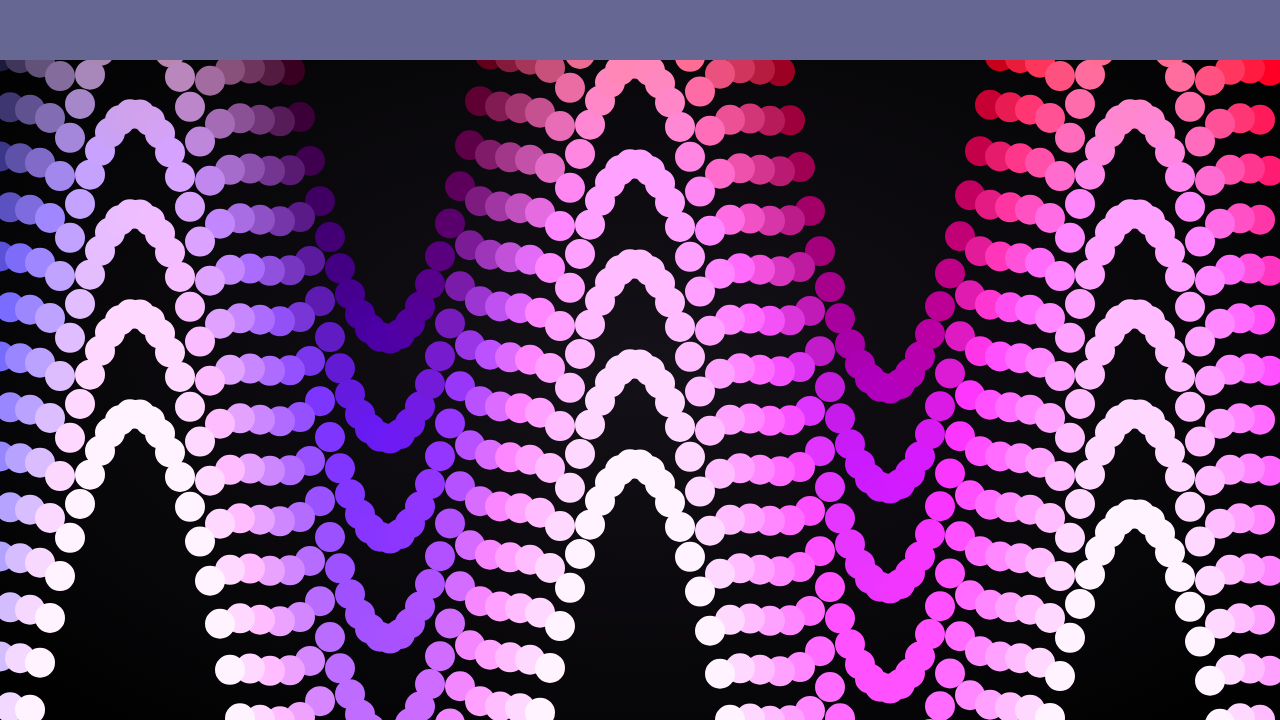
Repository: Iban-del/ProjetBacIban
Page: index.html
These files come from the project's save history. The page is drawn as it stood at one moment and after the next save; the edit follows.
The browser window is 1280 px wide. The pictures show the whole page.

Above is the page before, as saved 2025-02-19 20:03:01.

### index.html
<!DOCTYPE html>
<html lang="fr">
<head>
    <meta charset="UTF-8">
    <meta name="viewport" content="width=device-width, initial-scale=1.0">
    <link rel="icon" type="image/x-icon" href="./image/image.png">
    <link rel="stylesheet" href="./css/index.css">
    <title>Iban</title>
    <script src="./js/background.js" type="module"></script>
    <canvas id="canvas-background"></canvas>
</head>
<body>
    <nav class="navBar"></nav>

</body>
</html>

### css/index.css
html,body{
    margin: 0px;
    overflow-x: clip;
    display: flex;
}

.navBar{
    height: 60px;
    width: 100%;
    position: fixed;
    background-color: rgb(103, 103, 147);
    z-index: 1;
    display: flex;
    justify-content: end;
    align-items: center;
    color: white;
}

.background-canvas{
    overflow-x: clip;
    background:radial-gradient(rgb(50, 50, 71), rgb(0, 0, 0));
    z-index: 10;
    position: fixed;
}

### js/background.js
/**
 * création du fond du site
 */

//constante avec les couleur des composant
const darkColor ={
    backgrounds1:"#000",
    backgrounds2:"#141118",
};

//constante avec les couleur des composant
const lightColor ={
    backgrounds1:"#FDFCFE",
    backgrounds2:"#FAF8FD",
};


/**
 * fonction qui permet de géré le fond par default en cas d'érreur
 */
function defaultBackground(){

    const body = document.querySelector("body");

    if(body instanceof HTMLBodyElement){
        body.style.backgroundColor = darkColor.backgrounds2;
    }

}


/**
 * cette fonction permet d'attribué le style au canvas
 */
function canvasStyle(canvas){

    if(canvas instanceof HTMLCanvasElement){

        canvas.height = window.innerHeight;
        canvas.width = window.innerWidth;
        canvas.style.background = "radial-gradient("+darkColor.backgrounds2+","+darkColor.backgrounds1+")";

        return;
    }

    throw new Error("Canvas n'est pas de type HTMLCanvasElement ");

}

/**
 * fonction de création d'une vague
 */
function vague(x,A){

    const lambda = 0.002;//longueur d'onde
    const k = lambda*2*Math.PI; //nombre oscilation
    const phi = 3;//décalage
    return A*Math.sin(k*x+phi);
}


/**
 * affichage de la vague
 * @param CanvasRenderingContext2D  ctx
 */
function drawVague(ctx,canvas,A,steep){

    if(ctx instanceof CanvasRenderingContext2D){
        ctx.clearRect(0, 0, canvas.width, canvas.height);
        let color =0;
        for(let t = -100;t < window.innerHeight+100;t+= 100){
            ctx.beginPath();
            for(let i = 0 ;i < window.innerWidth;i+=10){
                let x = i
                let y = vague(x,A)+(t)+(x*0.1);
                ctx.lineTo(x,y)
                ctx.beginPath();
                ctx.moveTo(x,y)
                ctx.fillStyle=`rgb(${color+(x*.2)},${color*0.9},${color+(y*.49)})`;
                ctx.arc(x,y,15,0,Math.PI*2,true)
                ctx.fill();

            }
            color+=30;
        }


        if(A >950){

            steep +=-Math.PI*2;

        }else if(A < 10){
            steep += Math.PI;
        }
        A+= steep;
        // Demander la prochaine frame
        requestAnimationFrame(() => drawVague(ctx, canvas, A, steep));

    }


}

/**
 * fonction pour annimer le fond
 */
function animateBackground(ctx,canvas,A){

    let steep = 1;
    drawVague(ctx,canvas,A,steep)



    //requestAnimationFrame(animateBackground(ctx,A+steep));

}


/**
 * fonction d'initialisation du fond
 */
function init(){
    //récupération des élémentcanvas
    const canvas = document.querySelector("canvas");

    if(canvas instanceof HTMLCanvasElement){

        const ctx = canvas.getContext('2d');

        canvasStyle(canvas);
        animateBackground(ctx,canvas,100)

    }
}

try{

    init()

}catch(error){

    console.log(error)
    defaultBackground()
}

After the next save:
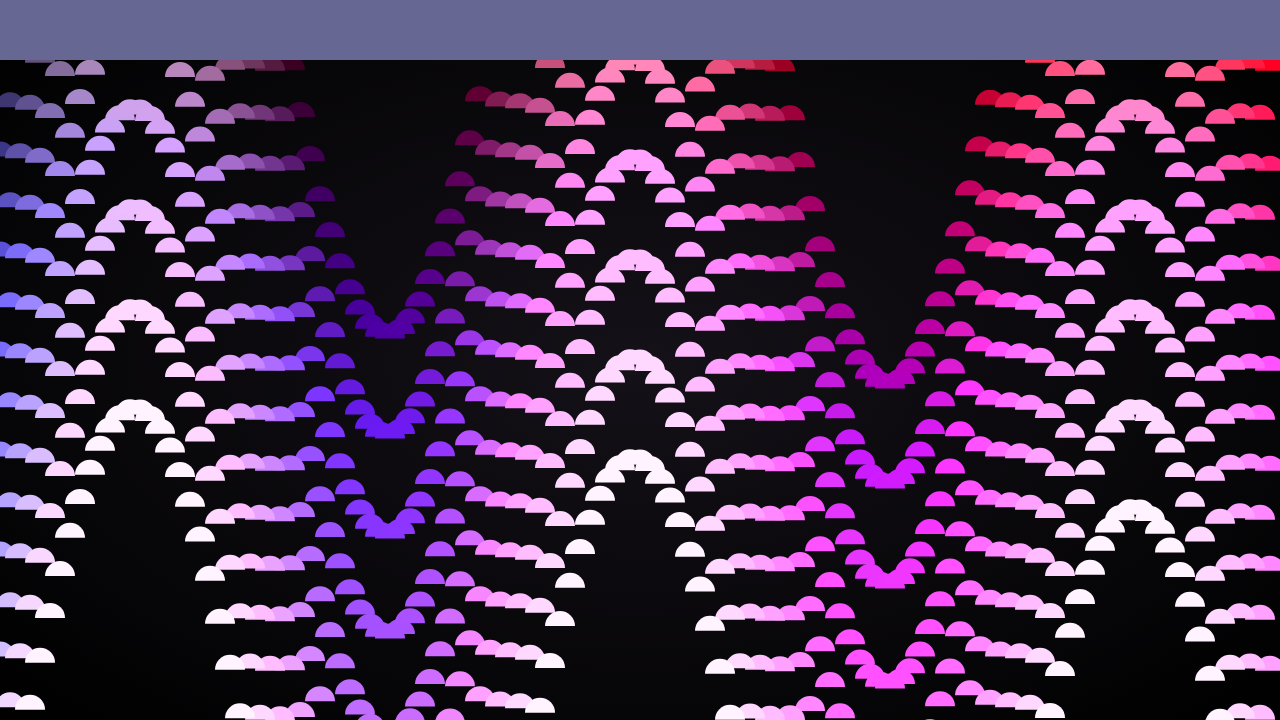
Saved 24 s later.
--- a/js/background.js
+++ b/js/background.js
@@ -77,7 +77,7 @@
                 ctx.beginPath();
                 ctx.moveTo(x,y)
                 ctx.fillStyle=`rgb(${color+(x*.2)},${color*0.9},${color+(y*.49)})`;
-                ctx.arc(x,y,15,0,Math.PI*2,true)
+                ctx.arc(x,y,15,0,Math.PI,true)
                 ctx.fill();
 
             }

After the save that followed:
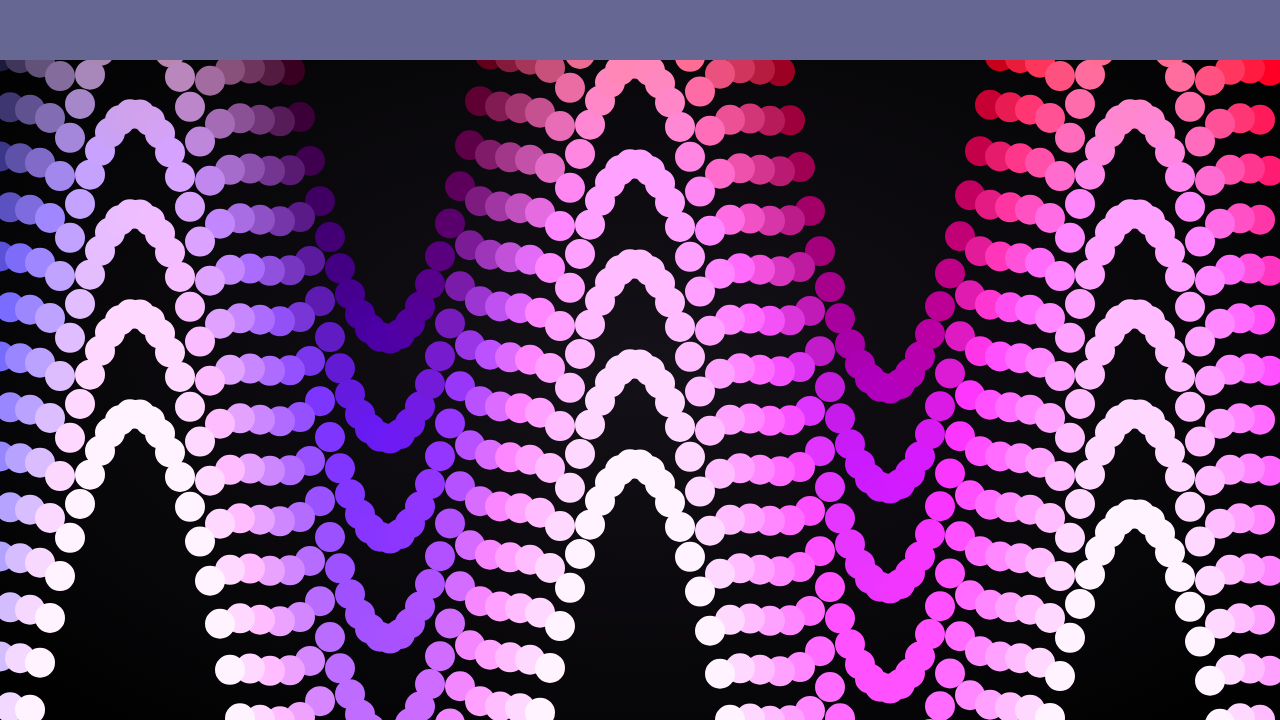
Saved 11 s later.
--- a/js/background.js
+++ b/js/background.js
@@ -77,7 +77,7 @@
                 ctx.beginPath();
                 ctx.moveTo(x,y)
                 ctx.fillStyle=`rgb(${color+(x*.2)},${color*0.9},${color+(y*.49)})`;
-                ctx.arc(x,y,15,0,Math.PI,true)
+                ctx.arc(x,y,15,0,Math.PI*2,true)
                 ctx.fill();
 
             }
@@ -87,7 +87,7 @@
 
         if(A >950){
 
-            steep +=-Math.PI*2;
+            steep +=-Math.PI;
 
         }else if(A < 10){
             steep += Math.PI;
